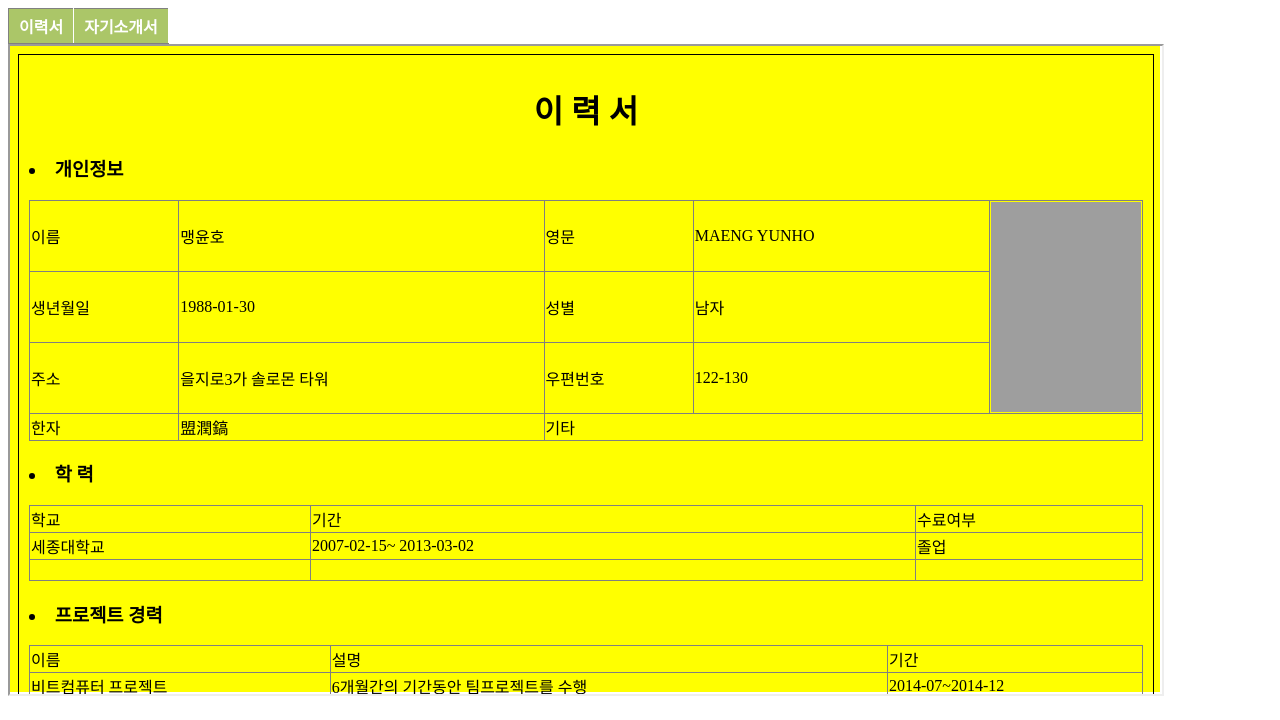
Repository: porivas/140630_Java
Page: http://localhost/web4_resume/totalLayout.jsp
These files come from the project's save history. The page is drawn as it stood at one moment and after the next save; the edit follows.
The browser window is 1280 px wide. The pictures show the whole page.
The page is served by Tomcat 9.

Above is the page before, as saved 2014-09-25 08:11:12.

### web4_resume/WebContent/totalLayout.jsp
<%@ page language="java" contentType="text/html; charset=UTF-8"
    pageEncoding="UTF-8"%>
<!DOCTYPE html PUBLIC "-//W3C//DTD HTML 4.01 Transitional//EN" "http://www.w3.org/TR/html4/loose.dtd">
<html>
<head>
<meta http-equiv="Content-Type" content="text/html; charset=UTF-8">
<title>Insert title here</title>
</head>
<body>
		<style type="text/css">
		  table.ex1 {
		     border-collapse: collapse;
		  }
		  .ex1 th, .ex1 td {padding:5px 10px}
			.ex1 caption {font-weight:700; font-size:20px; padding:5px; color:#1BA6B2; text-align:left; margin-bottom:5px}
			.ex1 thead th {background:#ABC668; color:#fff; text-align:center; border-right:1px solid #fff}
			.ex1 tbody th {text-align:left; width:12%}
			.ex1 tbody td.date1 {text-align:center; width:8%}
			.ex1 tbody td.desc {text-align:left; width:35%}
			.ex1 tbody tr.odd {background:#f9f9f9}
			.ex1 tbody tr.odd th {background:#f2f2f2}
			.ex1 tbody tr:hover {background:#F3F5BB}
			.ex1 tbody tr:hover th {background:#F2F684; color:#1BA6B2}
			.ex1 tfoot tr {border-top:6px solid #E9F7F6; color:#1BA6B2}
			.ex1 tfoot th {text-align:left; padding-left:10px}
		html {

		}
			.other, .parent {
			    border: 4px solid green;
			    margin: 5px;
			}
			.me {
			    background-color: yellow;
			    position: absolute;
			    width: 90%;
			    height: 90%;
			}
		</style>
		<div id="button">
		<table class="ex1" border="1" >
			<tr align = "left">
				<thead><th scope="col">이력서</th><th scope="col">자기소개서</th></thead>
			</tr>
		</table>
		</div>
		<div class ="me" id="story1">
				<iframe src="resume.jsp" width=100% height=100%>
		<table border="1" width=800	>

		</table>
		</iframe>
		</div>
</body>
</html>

### web4_resume/WebContent/resume.jsp
<%@ page language="java" contentType="text/html; charset=UTF-8"
    pageEncoding="UTF-8"%>
<!DOCTYPE html PUBLIC "-//W3C//DTD HTML 4.01 Transitional//EN" "http://www.w3.org/TR/html4/loose.dtd">
<html>
<head>
<meta http-equiv="Content-Type" content="text/html; charset=UTF-8">
<title>이력서 타이틀 입니다.</title>
</head>
<body>
	<div id="background" style="border-top:1px solid; border-bottom:1px solid; border-left:1px solid; border-right:1px solid; padding:10px;">
	<center><h1>이 력 서</h1></center>
		<h3><li>개인정보</h3></li>
		<div id="firstparagraph">
		<type = text/css>
		<style type="text/css">
		  table {
		     border-collapse: collapse;
		  }
		</style>
		<table border="1" width=100%>
			<tr align = "left">
				<td> 이름 </td>	<td> 맹윤호 </td>	<td> 영문 </td>	<td> MAENG YUNHO </td>	<td rowspan=3 width=150 height=210  ><center><img src="images.jpg" width=150 height=210></center></td>
			</tr>
			<tr>
				<td> 생년월일 </td>	<td> 1988-01-30 </td>	<td> 성별 </td>	<td> 남자 </td>
			</tr>
			<tr>
				<td> 주소 </td>	<td> 을지로3가 솔로몬 타워 </td>	<td> 우편번호 </td>	<td> 122-130 </td>
			</tr>
			<tr>
				<td> 한자 </td> <td> 盟潤鎬  </td> <td  colspan=3> 기타 </td>
			</tr>
		</table>
		</div>
		<h3><li>학 력</h3></li>
		<div id="secondparagraph" >
		<style type="text/css">
		  table {
		     border-collapse: collapse;
		  }
		</style>
		<table border="1" width=100%>
			<tr align = "left">
				<td> 학교 </td>	<td> 기간 </td>	<td> 수료여부 </td>
			</tr>
			<tr>
				<td> 세종대학교 </td>	<td> 2007-02-15~ 2013-03-02 </td>	<td> 졸업 </td>
			</tr>
			<tr>
				<td> <br> </td>	<td>  </td>	<td>  </td>
			</tr>
		</table>
		</div>

		<h3><li>프로젝트 경력</h3></li>
		<div id="thirdparagraph" >
		<style type="text/css">
		  table {
		     border-collapse: collapse;
		  }
		</style>
		<table border="1" width=100%>
			<tr align = "left">
				<td> 이름 </td>	<td> 설명 </td>	<td> 기간 </td>
			</tr>
			<tr>
				<td> 비트컴퓨터 프로젝트 </td>	<td> 6개월간의 기간동안 팀프로젝트를 수행 </td>	<td> 2014-07~2014-12 </td>
			</tr>
			<tr>
				<td>  <br> </td>	<td>  </td>	<td>  </td>
			</tr>
		</div>

	</div>
</body>
</html>

After the next save:
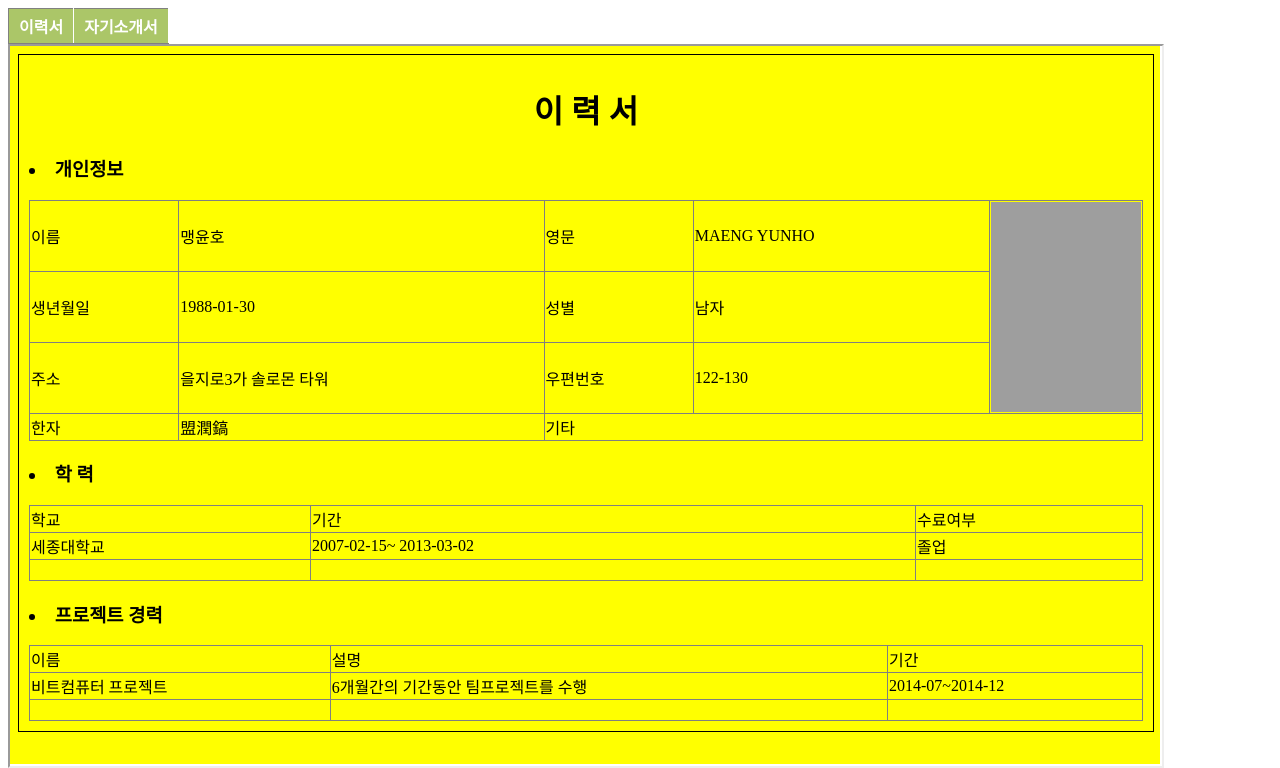
Saved 21 s later.
--- a/web4_resume/WebContent/totalLayout.jsp
+++ b/web4_resume/WebContent/totalLayout.jsp
@@ -34,7 +34,7 @@
 			    background-color: yellow;
 			    position: absolute;
 			    width: 90%;
-			    height: 90%;
+			    height: 100%;
 			}
 		</style>
 		<div id="button">
